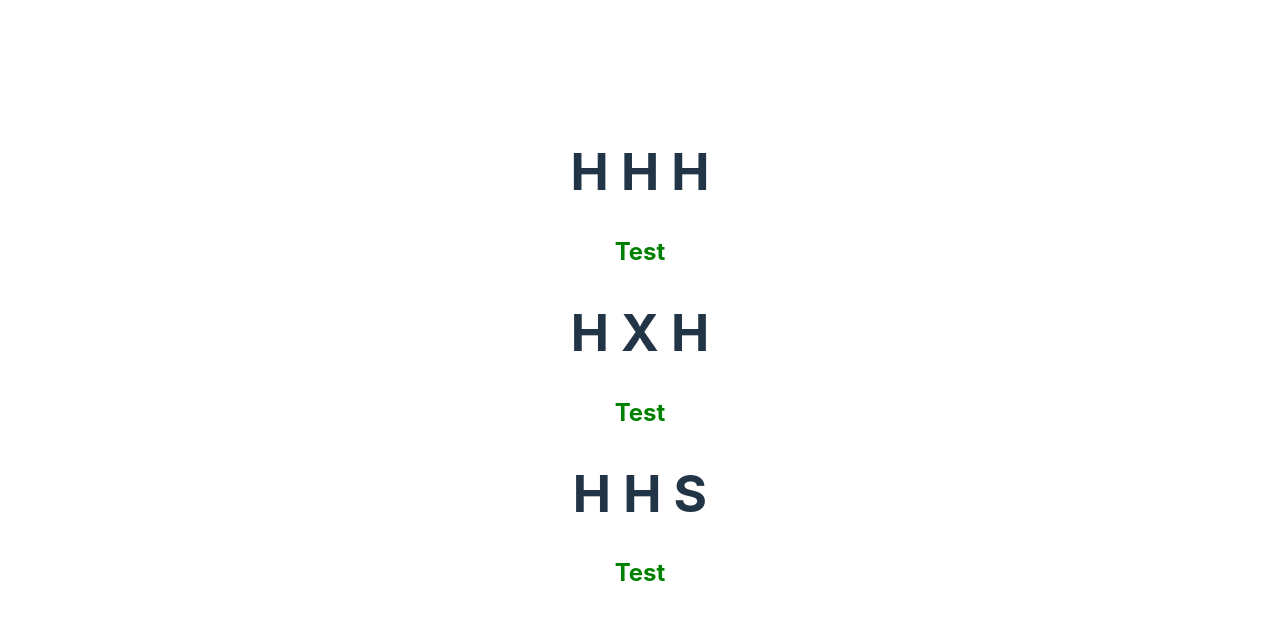
Repository: SmooothCriminal001/ReactLearning
Page: / (app in slot-machine-exercise/)
These files come from the project's save history. The page is drawn as it stood at one moment and after the next save; the edit follows.
The browser window is 1280 px wide. The pictures show the whole page.
The project was rebuilt for these pictures with package versions that can differ from the ones it lists, and the page was loaded fresh each time. Also part of the build but not shown: slot-machine-exercise/vite.config.js.

Above is the page before, as saved 2024-07-25 14:17:58.

### slot-machine-exercise/src/App.jsx
import './App.css'
import Slots from './Slots'

export default function App() {
  return (
    <div className="App">
      <Slots firstPull="H" secondPull="H" thirdPull="H"/>
      <Slots firstPull="H" secondPull="X" thirdPull="H"/>
      <Slots firstPull="H" secondPull="H" thirdPull="S"/>
    </div>
  );
}

### slot-machine-exercise/src/Slots.jsx
import "./Slots.css"

export default function Slots({ firstPull, secondPull, thirdPull}){
    const hasWon = (firstPull === secondPull) && (secondPull == thirdPull) ? "true" : "false"
    const announceStyle = { color: (hasWon ? "green" : "red")}

    return <>
        <h1>{firstPull} {secondPull} {thirdPull}</h1>
        <h2 style={announceStyle}>Test</h2>
    </>
}

Loaded but not shown: slot-machine-exercise/index.html (common file); slot-machine-exercise/src/main.jsx (common file); slot-machine-exercise/src/index.css (common file); slot-machine-exercise/src/App.css (common file); slot-machine-exercise/src/Slots.css (no stored copy; drawn as an empty file)

After the next save:
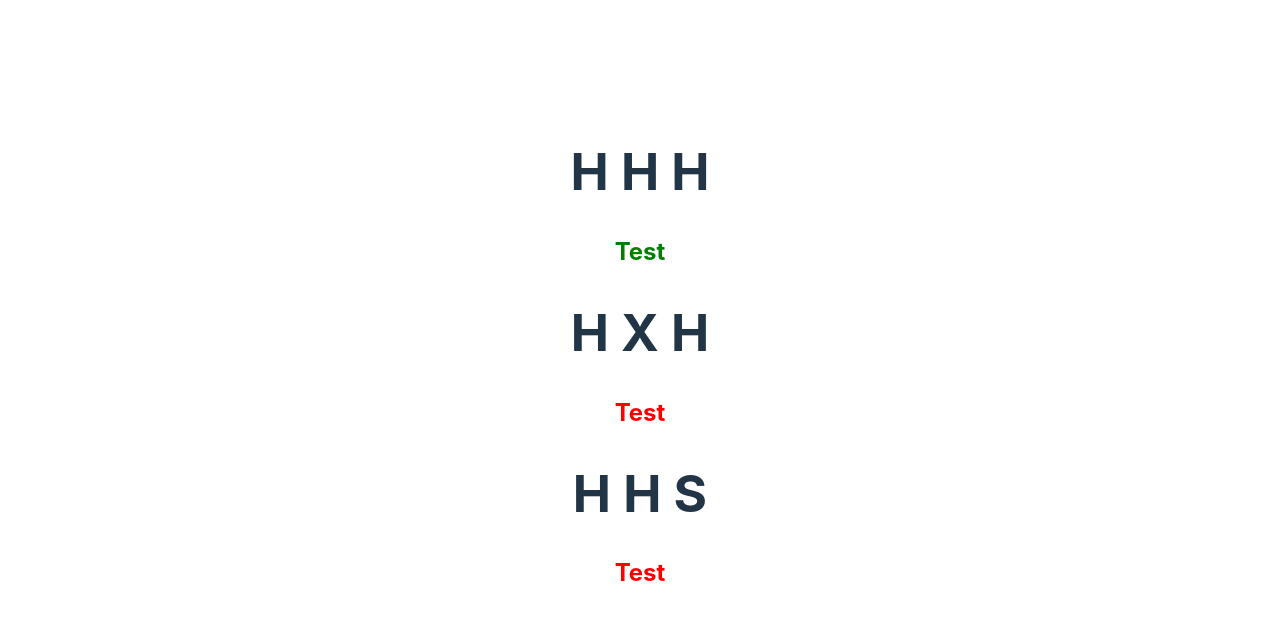
Saved 17 s later.
--- a/slot-machine-exercise/src/Slots.jsx
+++ b/slot-machine-exercise/src/Slots.jsx
@@ -1,7 +1,7 @@
 import "./Slots.css"
 
 export default function Slots({ firstPull, secondPull, thirdPull}){
-    const hasWon = (firstPull === secondPull) && (secondPull == thirdPull) ? "true" : "false"
+    const hasWon = (firstPull === secondPull) && (secondPull == thirdPull)
     const announceStyle = { color: (hasWon ? "green" : "red")}
 
     return <>
